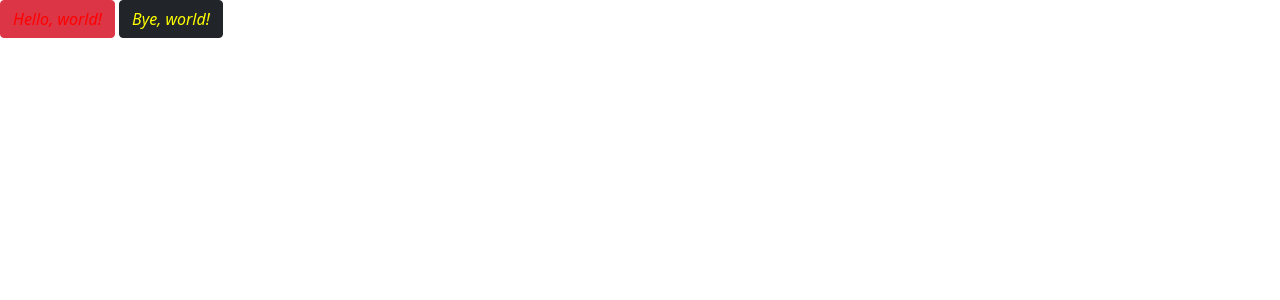
Repository: mobey3/JspProject
Page: http://localhost/JS_JSP/
The author's editor kept a copy of each file at every save. The page is drawn from the files as they stood at one save, then again after the next save.
The browser window is 1280 px wide. The pictures show the whole page.
The page is served by Tomcat 9.

Above is the page before, as saved 2021-07-20 01:35:52.

After the next save:
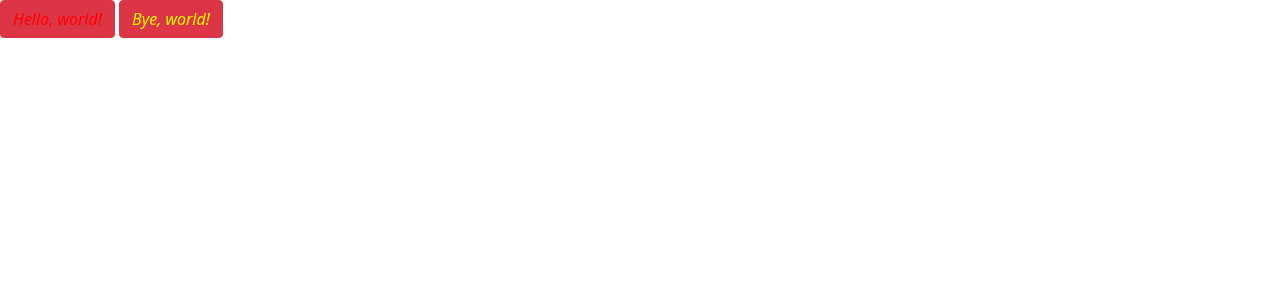
Saved 28 s later.
--- a/0720/JS_JSP/src/main/webapp/index.jsp
+++ b/0720/JS_JSP/src/main/webapp/index.jsp
@@ -27,7 +27,7 @@
   </head>
   <body>
     <h1 id = "Hello" class="btn btn-danger">Hello, world!</h1>
-    <h1 id="Bye" class="btn btn-dark">Bye, world!</h1>
+    <h1 id="Bye" class="btn btn-danger">Bye, world!</h1>
     <!-- Optional JavaScript; choose one of the two! -->
 
     <!-- Option 1: Bootstrap Bundle with Popper -->

After the save that followed:
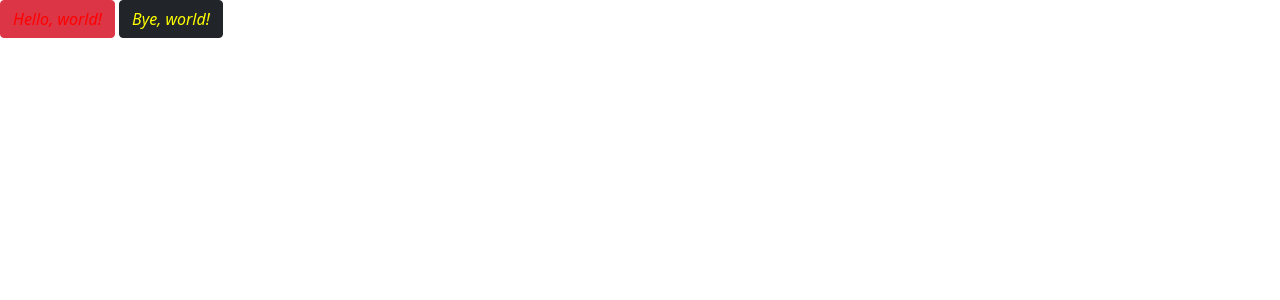
Saved 51 s later.
--- a/0720/JS_JSP/src/main/webapp/index.jsp
+++ b/0720/JS_JSP/src/main/webapp/index.jsp
@@ -27,7 +27,7 @@
   </head>
   <body>
     <h1 id = "Hello" class="btn btn-danger">Hello, world!</h1>
-    <h1 id="Bye" class="btn btn-danger">Bye, world!</h1>
+    <h1 id="Bye" class="btn btn-dark">Bye, world!</h1>
     <!-- Optional JavaScript; choose one of the two! -->
 
     <!-- Option 1: Bootstrap Bundle with Popper -->
